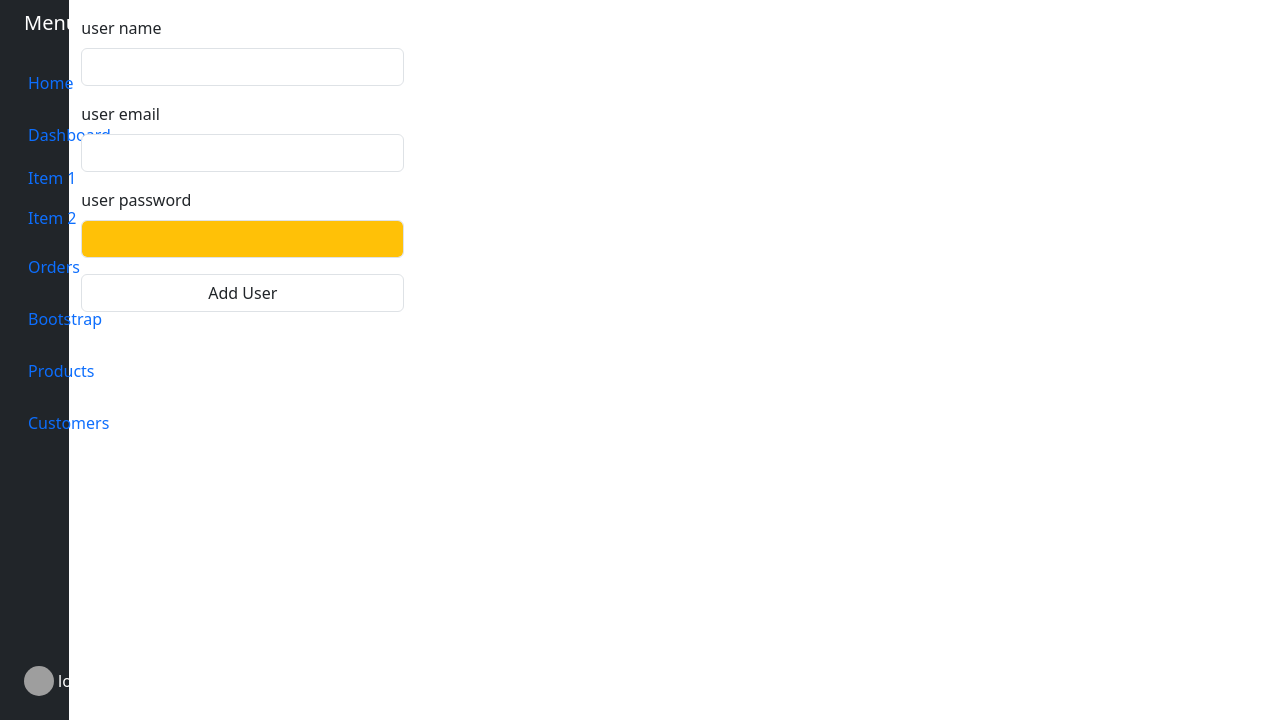
Repository: HadelAbdellatif/ReactApp3
Page: /user/create
An editor plug-in stored every save of this project. The page is shown before and after the next save, followed by the edit.
The browser window is 1280 px wide. The pictures show the whole page.
Pictures or frames that could not be fetched are drawn as grey boxes. The project was rebuilt for these pictures with package versions that can differ from the ones it lists, and the page was loaded fresh each time. Also part of the build but not shown: vite.config.js, src/components/users/Index.jsx.

Above is the page before, as saved 2023-11-08 18:24:32.

### src/main.jsx
import React from 'react'
import ReactDOM from 'react-dom/client'
import { BrowserRouter } from 'react-router-dom'
import '../node_modules/bootstrap/dist/css/bootstrap.min.css'
import '../node_modules/bootstrap/dist/js/bootstrap.bundle.min.js'
import { ToastContainer } from 'react-toastify';
import 'react-toastify/dist/ReactToastify.css';


import App from './App.jsx'
import './index.css'

ReactDOM.createRoot(document.getElementById('root')).render(
  <BrowserRouter>
    <ToastContainer />
    <App />
  </BrowserRouter>
)

### src/App.jsx
import React from 'react'
import { Routes, Route} from 'react-router-dom'
import Index from './components/users/Index.jsx'
import Create from './components/users/Create.jsx'

export default function App() {
  return (
    <Routes>
      <Route path='/' />
      <Route path='/user/index' element={<Index />} />
      <Route path='/user/create' element={<Create />} />
    </Routes>
  )
}

### src/components/users/Create.jsx
import axios from 'axios';
import React, { useState } from 'react'
import { useNavigate } from 'react-router-dom';
import { toast } from 'react-toastify';
import Input from '../../shared/Input.jsx';


export default function Create() {

    const navigate = useNavigate();

    let [user, setUser] = useState({
        name: '',
        email: '',
        password: ''
    });


    const handelData = (e) =>{
        const {name, value} = e.target;
        setUser({...user, [name]:value});
        console.log(user);
    }

    const sendData = async(e) =>{
        e.preventDefault();
        const {data} = await axios.post("https://crud-users-gold.vercel.app/users/", user);
        console.log(data);
        if(data.message == 'success'){
            toast.success("user added successfully");
            navigate('/user/index');
        }
    }

    return (
        <div className="container-fluid">
            <div className="row flex-nowrap">
                <div className="col-auto col-md-3 col-xl-2 px-sm-2 px-0 bg-dark">
                    <div className="d-flex flex-column align-items-center align-items-sm-start px-3 pt-2 text-white min-vh-100">
                        <a href="/" className="d-flex align-items-center pb-3 mb-md-0 me-md-auto text-white text-decoration-none">
                            <span className="fs-5 d-none d-sm-inline">Menu</span>
                        </a>
                        <ul className="nav nav-pills flex-column mb-sm-auto mb-0 align-items-center align-items-sm-start" id="menu">
                            <li className="nav-item">
                                <a href="#" className="nav-link align-middle px-0">
                                    <i className="fs-4 bi-house" /> <span className="ms-1 d-none d-sm-inline">Home</span>
                                </a>
                            </li>
                            <li>
                                <a href="#submenu1" data-bs-toggle="collapse" className="nav-link px-0 align-middle">
                                    <i className="fs-4 bi-speedometer2" /> <span className="ms-1 d-none d-sm-inline">Dashboard</span> </a>
                                <ul className="collapse show nav flex-column ms-1" id="submenu1" data-bs-parent="#menu">
                                    <li className="w-100">
                                        <a href="#" className="nav-link px-0"> <span className="d-none d-sm-inline">Item</span> 1 </a>
                                    </li>
                                    <li>
                                        <a href="#" className="nav-link px-0"> <span className="d-none d-sm-inline">Item</span> 2 </a>
                                    </li>
                                </ul>
                            </li>
                            <li>
                                <a href="#" className="nav-link px-0 align-middle">
                                    <i className="fs-4 bi-table" /> <span className="ms-1 d-none d-sm-inline">Orders</span></a>
                            </li>
                            <li>
                                <a href="#submenu2" data-bs-toggle="collapse" className="nav-link px-0 align-middle ">
                                    <i className="fs-4 bi-bootstrap" /> <span className="ms-1 d-none d-sm-inline">Bootstrap</span></a>
                                <ul className="collapse nav flex-column ms-1" id="submenu2" data-bs-parent="#menu">
                                    <li className="w-100">
                                        <a href="#" className="nav-link px-0"> <span className="d-none d-sm-inline">Item</span> 1</a>
                                    </li>
                                    <li>
                                        <a href="#" className="nav-link px-0"> <span className="d-none d-sm-inline">Item</span> 2</a>
                                    </li>
                                </ul>
                            </li>
                            <li>
                                <a href="#submenu3" data-bs-toggle="collapse" className="nav-link px-0 align-middle">
                                    <i className="fs-4 bi-grid" /> <span className="ms-1 d-none d-sm-inline">Products</span> </a>
                                <ul className="collapse nav flex-column ms-1" id="submenu3" data-bs-parent="#menu">
                                    <li className="w-100">
                                        <a href="#" className="nav-link px-0"> <span className="d-none d-sm-inline">Product</span> 1</a>
                                    </li>
                                    <li>
                                        <a href="#" className="nav-link px-0"> <span className="d-none d-sm-inline">Product</span> 2</a>
                                    </li>
                                    <li>
                                        <a href="#" className="nav-link px-0"> <span className="d-none d-sm-inline">Product</span> 3</a>
                                    </li>
                                    <li>
                                        <a href="#" className="nav-link px-0"> <span className="d-none d-sm-inline">Product</span> 4</a>
                                    </li>
                                </ul>
                            </li>
                            <li>
                                <a href="#" className="nav-link px-0 align-middle">
                                    <i className="fs-4 bi-people" /> <span className="ms-1 d-none d-sm-inline">Customers</span> </a>
                            </li>
                        </ul>
                        <hr />
                        <div className="dropdown pb-4">
                            <a href="#" className="d-flex align-items-center text-white text-decoration-none dropdown-toggle" id="dropdownUser1" data-bs-toggle="dropdown" aria-expanded="false">
                                <img src="https://github.com/mdo.png" alt="hugenerd" width={30} height={30} className="rounded-circle" />
                                <span className="d-none d-sm-inline mx-1">loser</span>
                            </a>
                            <ul className="dropdown-menu dropdown-menu-dark text-small shadow">
                                <li><a className="dropdown-item" href="#">New project...</a></li>
                                <li><a className="dropdown-item" href="#">Settings</a></li>
                                <li><a className="dropdown-item" href="#">Profile</a></li>
                                <li>
                                    <hr className="dropdown-divider" />
                                </li>
                                <li><a className="dropdown-item" href="#">Sign out</a></li>
                            </ul>
                        </div>
                    </div>
                </div>
                <div className="col py-3">
                    <form onSubmit={sendData}>
                        < Input id={'name'} title={'user name'} type={'text'} name={'name'} handelData={handelData} />

                        < Input id={'email'} title={'user email'} type={'email'} name={'email'} handelData={handelData} />

                        < Input id={'password'} title={'user password'} type={'password'} name={'password'} customClass="bg-warning" handelData={handelData} />

                        <div className="mb-3">
                            <input type='submit' className='form-control' value='Add User' />
                        </div>
                    </form>
                </div>
            </div>
        </div>
    )

}

### src/shared/Input.jsx
import React from 'react'

export default function Input({id, title, type, handelData, name, customClass}) {

  return (
<div className="mb-3">
    <label htmlFor={id} className="form-label">{title}</label>
    <input type={type} name={name} className={`form-control ${customClass}`} id={id} onChange={handelData}/>
    </div>
    )
}

Loaded but not shown: index.html (common file); src/index.css (common file)

After the next save:
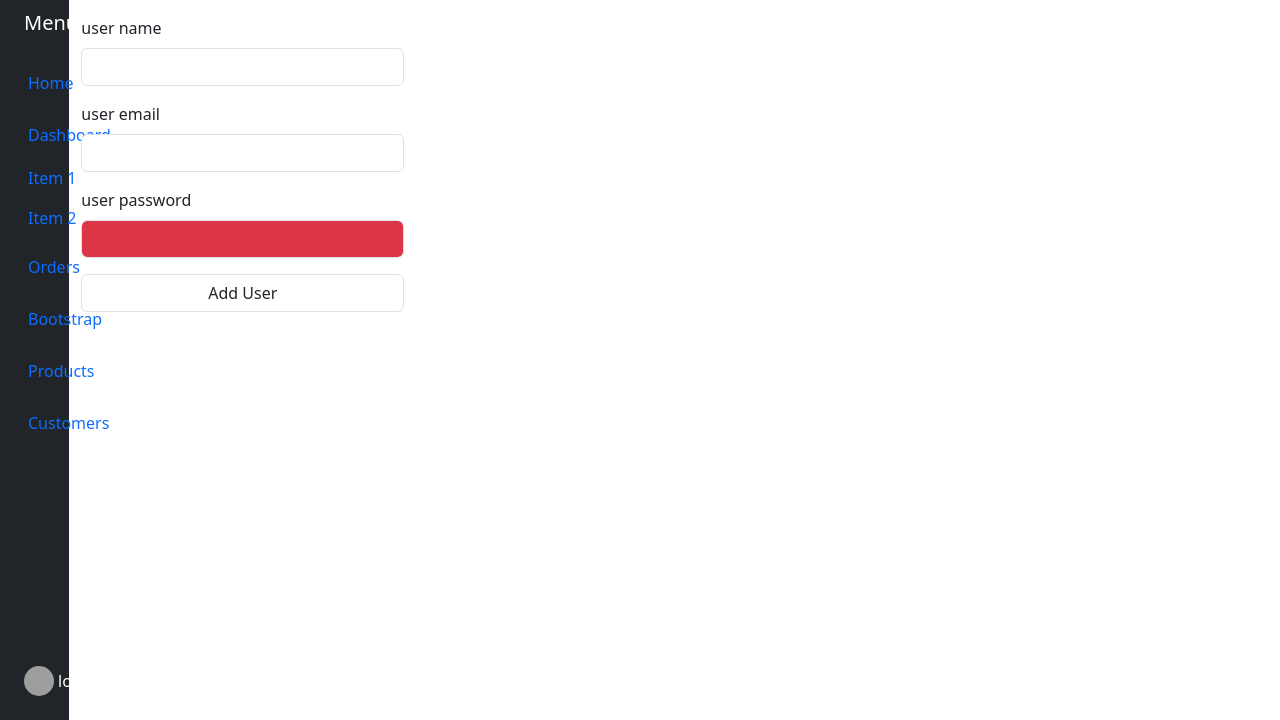
Saved 19 s later.
--- a/src/components/users/Create.jsx
+++ b/src/components/users/Create.jsx
@@ -121,7 +121,7 @@ export default function Create() {
 
                         < Input id={'email'} title={'user email'} type={'email'} name={'email'} handelData={handelData} />
 
-                        < Input id={'password'} title={'user password'} type={'password'} name={'password'} customClass="bg-warning" handelData={handelData} />
+                        < Input id={'password'} title={'user password'} type={'password'} name={'password'} customClass="bg-danger" handelData={handelData} />
 
                         <div className="mb-3">
                             <input type='submit' className='form-control' value='Add User' />
